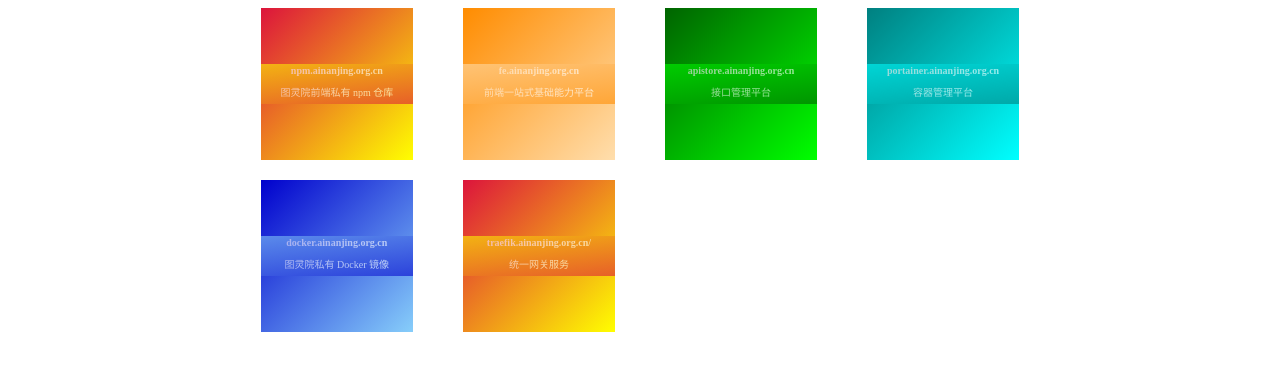
Repository: heweiwei1/portainer
Page: index.html
These files come from the project's save history. The page is drawn as it stood at one moment and after the next save; the edit follows.
The browser window is 1280 px wide. The pictures show the whole page.

Above is the page before, as saved 2021-04-13 18:01:45.

### index.html
<!DOCTYPE html>
<html lang="en">
<head>
  <meta charset="UTF-8">
  <meta http-equiv="X-UA-Compatible" content="IE=edge">
  <meta name="viewport" content="width=device-width, initial-scale=1.0">
  <title>网页</title>
  <link rel="stylesheet" href="index.css">
  <script src="index.js"></script>
</head>
<body>
  <div class="demo">
    <a class="demo-1" href="https://npm.ainanjing.org.cn/">
        <div class="trans">
          <h4>npm.ainanjing.org.cn</h4>
          <p>图灵院前端私有 npm 仓库</p>
        </div>
    </a>
    <a class="demo-2" href="https://fe.ainanjing.org.cn" id="pop">
          <div class="trans">
            <h4>fe.ainanjing.org.cn</h4>
            <p>前端一站式基础能力平台</p>
          </div>
    </a>
    <a class="demo-3" href="https://apistore.ainanjing.org.cn">
        <div class="trans">
          <h4>apistore.ainanjing.org.cn</h4>
          <p>接口管理平台</p>
        </div>
    </a>
    <a class="demo-4" href="https://portainer.ainanjing.org.cn">
        <div class="trans">
          <h4>portainer.ainanjing.org.cn</h4>
          <p>容器管理平台</p>
        </div>
    </a>
    <a class="demo-5" href="https://docker.ainanjing.org.cn">
        <div class="trans">
          <h4>docker.ainanjing.org.cn</h4>
          <p>图灵院私有 Docker 镜像</p>
        </div>
    </a>
    <a class="demo-6" href="https://traefik.ainanjing.org.cn/">
        <div class="trans">
          <h4>traefik.ainanjing.org.cn/</h4>
          <p>统一网关服务</p>
        </div>
    </a>
  </div>
</body>
</html>

### index.css
a {
  text-decoration: none;
  color: #000;
}
.demo {
  width: 60%;
  margin: auto;
  display: flex;
  flex-flow: row wrap;
}

.demo a {
  position: relative;
  display: flex;
  flex-direction: column;
  align-items: center;
  width: calc((100% - 150px) / 4);
  height: 152px;
  margin-bottom: 20px;
  font-size: 10px;
}
.demo a:not(:nth-child(4n)){
  margin-right: 50px;
}
.trans {
  position:absolute;
  top: 56px;
  width: 112.09px;
  padding: 20px 20px;
  display: flex;
  justify-content: center;
  opacity: 0.6;
}
.trans p{
  position: absolute;
  top: 10px;
  color: #fff;
}
.trans h4{
  position: absolute;
  top: -12px;
  color: #fff;
}
.demo-1 {
  background-image: linear-gradient(to bottom right,#dc143c,#ffff00);
}
.demo-1 .trans{
  background-image: linear-gradient(to top left,#dc143c,#ffff00);
}
.demo-2 {
  background-image: linear-gradient(to bottom right,#ff8c00,#ffdead);
}
.demo-2 .trans{
  background-image: linear-gradient(to top left,#ff8c00,#ffdead);
}
.demo-3 {
  background-image: linear-gradient(to bottom right,#006400,#00ff00);
}
.demo-3 .trans{
  background-image: linear-gradient(to top left,#006400,#00ff00);
}
.demo-4 {
  background-image: linear-gradient(to bottom right,#008080,#00ffff);
}
.demo-4 .trans{
  background-image: linear-gradient(to top left,#008080,#00ffff);
}
.demo-5 {
  background-image: linear-gradient(to bottom right,#0000cd,#87cefa);
}
.demo-5 .trans{
  background-image: linear-gradient(to top left,#0000cd,#87cefa);
}
.demo-6 {
  background-image: linear-gradient(to bottom right,#dc143c,#ffff00);
}
.demo-6 .trans{
  background-image: linear-gradient(to top left,#dc143c,#ffff00);
}

### index.js
window.onload = function(){
  var pop = document.getElementById("pop");
  pop.onclick = function(){
    alert("暂未启用");
    return false;
  }
}

After the next save:
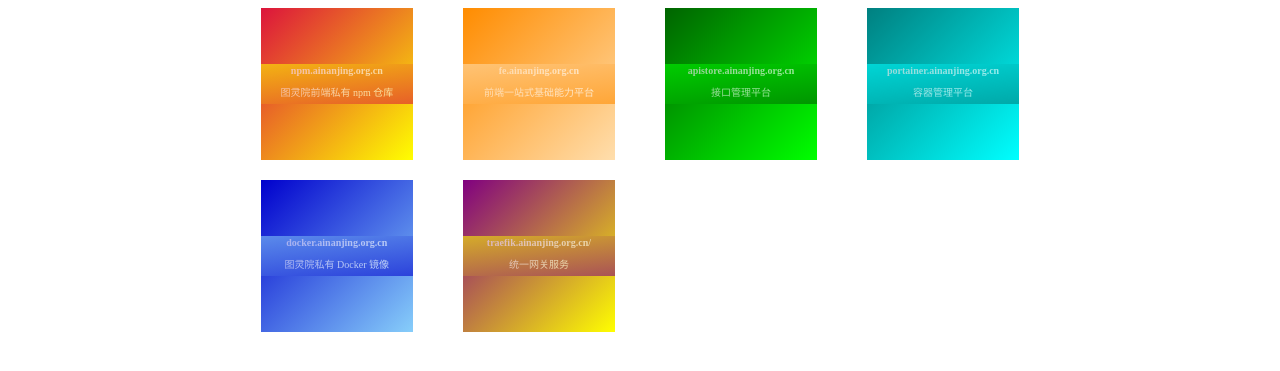
Saved 32 s later.
--- a/index.css
+++ b/index.css
@@ -72,8 +72,8 @@ a {
   background-image: linear-gradient(to top left,#0000cd,#87cefa);
 }
 .demo-6 {
-  background-image: linear-gradient(to bottom right,#dc143c,#ffff00);
+  background-image: linear-gradient(to bottom right,#800080,#ffff00);
 }
 .demo-6 .trans{
-  background-image: linear-gradient(to top left,#dc143c,#ffff00);
+  background-image: linear-gradient(to top left,#800080,#ffff00);
 }
